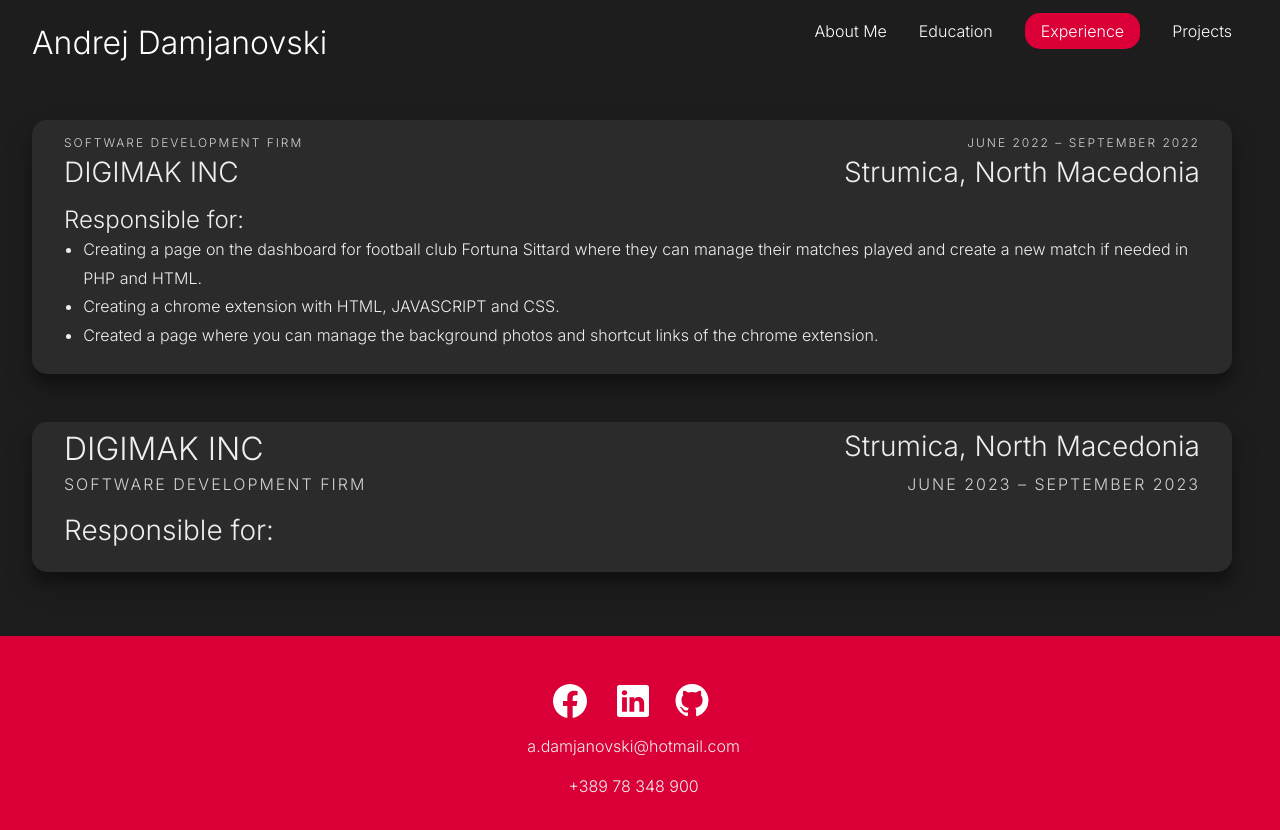
Repository: ADamjanovski/portfolio
Page: experience.html
These files come from the project's save history. The page is drawn as it stood at one moment and after the next save; the edit follows.
The browser window is 1280 px wide. The pictures show the whole page.

Above is the page before, as saved 2023-07-03 12:01:21.

### experience.html
<!DOCTYPE html>
<html lang="en">
<head>
    <meta charset="UTF-8">
    <meta name="viewport" content="width=device-width, initial-scale=1.0">
    <title>Experience</title>
    <link rel="preconnect" href="https://fonts.googleapis.com">
    <link rel="preconnect" href="https://fonts.gstatic.com" crossorigin>
    <link href="https://fonts.googleapis.com/css2?family=Inter:wght@300&display=swap" rel="stylesheet">
    <link href="https://cdn.jsdelivr.net/npm/bootstrap@5.3.0/dist/css/bootstrap.min.css" rel="stylesheet" integrity="sha384-9ndCyUaIbzAi2FUVXJi0CjmCapSmO7SnpJef0486qhLnuZ2cdeRhO02iuK6FUUVM" crossorigin="anonymous">
    <link rel="stylesheet" href="style.css">
</head>
<body>
    <div class="navbar">
        <h2><a href="index.html">Andrej Damjanovski</a></h2>
        <div >
            <ul class="navbar-links">
                <li ><a href="aboutme.html" >About Me</a></li>
                <li><a href="education.html">Education</a></li>
                <li><a href="experience.html" class="active">Experience</a></li>
                <li><a href="projects.html">Projects</a></li>
            </ul>
        </div>
        <button class="navbar-toggler icon" type="button" data-bs-toggle="offcanvas" data-bs-target="#offcanvasDarkNavbar" aria-controls="offcanvasDarkNavbar" aria-label="Toggle navigation">
            <span class=""><svg fill="#FFFFFF" xmlns="http://www.w3.org/2000/svg"  viewBox="0 0 50 50" width="30px" height="30px" ><path d="M 0 9 L 0 11 L 50 11 L 50 9 Z M 0 24 L 0 26 L 50 26 L 50 24 Z M 0 39 L 0 41 L 50 41 L 50 39 Z"/></svg></span>
          </button>
    </div>
    <div class="offcanvas offcanvas-end text-bg-dark" tabindex="-1" id="offcanvasDarkNavbar" aria-labelledby="offcanvasDarkNavbarLabel">
        <div class="offcanvas-header color flex-end">
            <button type="button" class="btn-close btn-close-white" data-bs-dismiss="offcanvas" aria-label="Close"></button>
        </div>
        <div class="offcanvas-body color">
            <ul class="navbar-nav justify-content-end flex-grow-1 pe-3">
                <li class="nav-item">
                  <a class=" margin nav-link " aria-current="page" href="aboutme.html">About Me</a>
                </li>
                <li class="margin nav-item">
                  <a class="nav-link " href="education.html">Education</a>
                </li>
                <li class=" nav-item">
                    <a class="nav-link active" href="experience.html">Experience</a>
                </li>
                <li class="margin nav-item">
                <a class="nav-link" href="projects.html">Projects</a>
                </li>
            </ul>
        </div>
    </div>
    <div class="job-description">
        <div class="role">
            <p class="my-role">Software Development Firm</p>
            <p>June 2022 – September 2022</p>
        </div>
        <div class="Company-details">
            <h3>DIGIMAK INC</h3>
            <h3>Strumica, North Macedonia</h3>
        </div>
        <div class="responsible">
            <h4>Responsible for:</h4>
            <ul>
                <li>Creating a page on the dashboard for football club Fortuna Sittard where they can manage their matches played and create a new match if needed in PHP and HTML.</li>
                <li>Creating a chrome extension with HTML, JAVASCRIPT and CSS.</li>
                <li>Created a page where you can manage the background photos and shortcut links of the chrome extension.</li>
            </ul>

        </div>
    </div>
    <div class="job-description">
        <div class="Company-details">
            <h2>DIGIMAK INC</h2>
            <h3>Strumica, North Macedonia</h3>
        </div>
        <div class="role">
            <h6>Software Development Firm</h6>
            <h6>June 2023 – September 2023</h6>
        </div>
        <div class="responsible">
            <h3>Responsible for:</h3>
        </div>
    </div>
    <footer>
        <a href="https://www.facebook.com/andrej.damjanovska"><svg xmlns="http://www.w3.org/2000/svg" width="50" height="34" fill="currentColor" class="bi bi-facebook" viewBox="0 0 16 16">
            <path d="M16 8.049c0-4.446-3.582-8.05-8-8.05C3.58 0-.002 3.603-.002 8.05c0 4.017 2.926 7.347 6.75 7.951v-5.625h-2.03V8.05H6.75V6.275c0-2.017 1.195-3.131 3.022-3.131.876 0 1.791.157 1.791.157v1.98h-1.009c-.993 0-1.303.621-1.303 1.258v1.51h2.218l-.354 2.326H9.25V16c3.824-.604 6.75-3.934 6.75-7.951z"/>
          </svg></a>
        <a  href="https://www.linkedin.com/in/andrej-damjanovski"><svg xmlns="http://www.w3.org/2000/svg" width="50" height="32" fill="currentColor" class="bi bi-linkedin linkedin" viewBox="0 0 16 16">
            <path d="M0 1.146C0 .513.526 0 1.175 0h13.65C15.474 0 16 .513 16 1.146v13.708c0 .633-.526 1.146-1.175 1.146H1.175C.526 16 0 15.487 0 14.854V1.146zm4.943 12.248V6.169H2.542v7.225h2.401zm-1.2-8.212c.837 0 1.358-.554 1.358-1.248-.015-.709-.52-1.248-1.342-1.248-.822 0-1.359.54-1.359 1.248 0 .694.521 1.248 1.327 1.248h.016zm4.908 8.212V9.359c0-.216.016-.432.08-.586.173-.431.568-.878 1.232-.878.869 0 1.216.662 1.216 1.634v3.865h2.401V9.25c0-2.22-1.184-3.252-2.764-3.252-1.274 0-1.845.7-2.165 1.193v.025h-.016a5.54 5.54 0 0 1 .016-.025V6.169h-2.4c.03.678 0 7.225 0 7.225h2.4z"/>
          </svg></a>
        <a href="https://github.com/ADamjanovski"><svg xmlns="http://www.w3.org/2000/svg" width="60" height="33" fill="currentColor" class="bi bi-github" viewBox="0 0 16 16">
            <path d="M8 0C3.58 0 0 3.58 0 8c0 3.54 2.29 6.53 5.47 7.59.4.07.55-.17.55-.38 0-.19-.01-.82-.01-1.49-2.01.37-2.53-.49-2.69-.94-.09-.23-.48-.94-.82-1.13-.28-.15-.68-.52-.01-.53.63-.01 1.08.58 1.23.82.72 1.21 1.87.87 2.33.66.07-.52.28-.87.51-1.07-1.78-.2-3.64-.89-3.64-3.95 0-.87.31-1.59.82-2.15-.08-.2-.36-1.02.08-2.12 0 0 .67-.21 2.2.82.64-.18 1.32-.27 2-.27.68 0 1.36.09 2 .27 1.53-1.04 2.2-.82 2.2-.82.44 1.1.16 1.92.08 2.12.51.56.82 1.27.82 2.15 0 3.07-1.87 3.75-3.65 3.95.29.25.54.73.54 1.48 0 1.07-.01 1.93-.01 2.2 0 .21.15.46.55.38A8.012 8.012 0 0 0 16 8c0-4.42-3.58-8-8-8z"/>
          </svg></a>
        <p class="email">a.damjanovski@hotmail.com</p>
        <p>+389 78 348 900</p>
    </footer>
    <script src="https://cdn.jsdelivr.net/npm/bootstrap@5.3.0/dist/js/bootstrap.bundle.min.js" integrity="sha384-geWF76RCwLtnZ8qwWowPQNguL3RmwHVBC9FhGdlKrxdiJJigb/j/68SIy3Te4Bkz" crossorigin="anonymous"></script>

</body>
</html>

### style.css
body{
    background-color: #1D1D1D;
    color:rgb(238, 238, 238);
    height: 70vh;
    overflow-x:hidden;
}
*{
    font-family: 'Outfit','Inter', sans-serif;
}
a{
    text-decoration: none;
    color:white;
}
.home-body{
    background-color: #2b2b2b;
    display: flex;
    justify-content: space-around;
    height: inherit;
    align-items: center;
    margin:0rem 3rem 0rem 3rem;
    border-radius: 15px;
    box-shadow: rgba(0, 0, 0, 0.25) 0px 14px 28px, rgba(0, 0, 0, 0.22) 0px 10px 10px;;
}
#programmer-img{
    width: 500px;
}

#home-name{
    margin-top: 7rem;
    text-align: center;

}
.navbar{
    display: flex;
    height: 10vh;
    justify-content: space-between;
}
.navbar h2{
    margin-left: 2rem;
    margin-top:1rem;
}
.navbar-links{

    margin-right: 3rem;
    display: flex;
    gap: 2rem;
    list-style-type: none;
    font-size: 1rem;
    justify-content: space-around;
}
#personalimg{

    border-radius: 50%;
}
.aboutme-body{
    margin: 3rem;
    display: flex;
    justify-content:space-around;

}
.text{
    padding: 3rem 5rem 5rem 0rem;
    background-color: #2b2b2b;
    margin-right: 7rem;
    border-radius: 15px;
    font-size: 1rem;
    line-height: 2;
    text-align: justify;
    box-shadow: rgba(0, 0, 0, 0.25) 0px 14px 28px, rgba(0, 0, 0, 0.22) 0px 10px 10px;;
}
.aboutme-body p{
    margin-left: 3rem;
}
footer{
    margin-top:4rem;
    background-color: #DA0037;
    width: 99vw;
    padding-top: 3rem;
    padding-bottom: 1rem;
    text-align: center;
    box-shadow: 0 50vh 0 50vh #DA0037;
    align-content: center;
}
.linkedin{
    margin-left:.5rem;
}
.active{
    border-radius: 15px;
    padding: .5rem;
    padding-inline: 1rem;
    background-color: #DA0037;
}

.education-body{
    background-color: #2b2b2b;
    margin: 1rem 3rem 1rem 2rem;
    padding: 1rem 0rem 3rem 3rem;
    border-radius: 15px;
    line-height: 2;
    box-shadow: rgba(0, 0, 0, 0.25) 0px 14px 28px, rgba(0, 0, 0, 0.22) 0px 10px 10px;;
}
.Company-details{
    display: flex;
    justify-content: space-between;

}

.job-description{
    margin:3rem 3rem 0rem 2rem;
    background-color: #2b2b2b;
    padding:.5rem 2rem 1.5rem 2rem;
    border-radius: 15px;
    box-shadow: rgba(0, 0, 0, 0.25) 0px 14px 28px, rgba(0, 0, 0, 0.22) 0px 10px 10px;;
}

.role{
    display: flex;
    justify-content: space-between;
    text-transform: uppercase;
    margin-bottom: 0px;
    padding-bottom: 0px;
}
.Company-details *{
    padding:0px;
    margin:0px;
}

.job-description *{
    padding:0px;
    margin:0px;
}
.role *{
    color :lightgrey;
    letter-spacing: 2px;

    padding:0rem;
    margin:.4rem 0 0.25rem 0;
}

.role > p {
    font-size:0.75rem;
}

.responsible{
    line-height: 1.8rem;
    margin-top: 1rem;
}

.project{
    display: flex;
    align-items: center;
    justify-content: space-between;
    margin:3rem 3rem 3rem 2rem;
    background-color: #2b2b2b;
    padding:.5rem 2rem 1.5rem 2rem;
    border-radius: 15px;
    box-shadow: rgba(0, 0, 0, 0.25) 0px 14px 28px, rgba(0, 0, 0, 0.22) 0px 10px 10px;;
}
.project-details{
    display: flex;
    justify-content: space-between;
}

.project-logo{
    margin-right: 4rem;
}
.icon{

    display: none;
    border-color: rgb(238, 238, 238);
}

@media screen and (max-width: 850px) {

    .navbar-links{
        display: none;
    }

    .icon{
        display: flex;
        margin-right: 3rem;
    }
    .active{
        display: inline-block;
        margin-top:.4rem;

    }
    .margin{
        margin-left: 1rem;
    }

}
@media screen and (max-width:1030px) {
    .aboutme-body{
        width: 100%;
        flex-direction: column-reverse;
        align-items: center;
        gap:3rem;
    }
    #personalimg{
        align-self:center;
        margin-right: 5rem;
    }
    .project-logo{
        margin-right: 2rem;
        margin-left: 1rem;
    }

}
.color{
    background-color: #2b2b2b;
}
.email{
    margin-top:1rem;
}
.responsible ul{
    margin-left: 1.2rem;
}
.flex-end{
    display: flex;
    justify-content: flex-end;
    padding-right: 1.5rem;
}

After the next save:
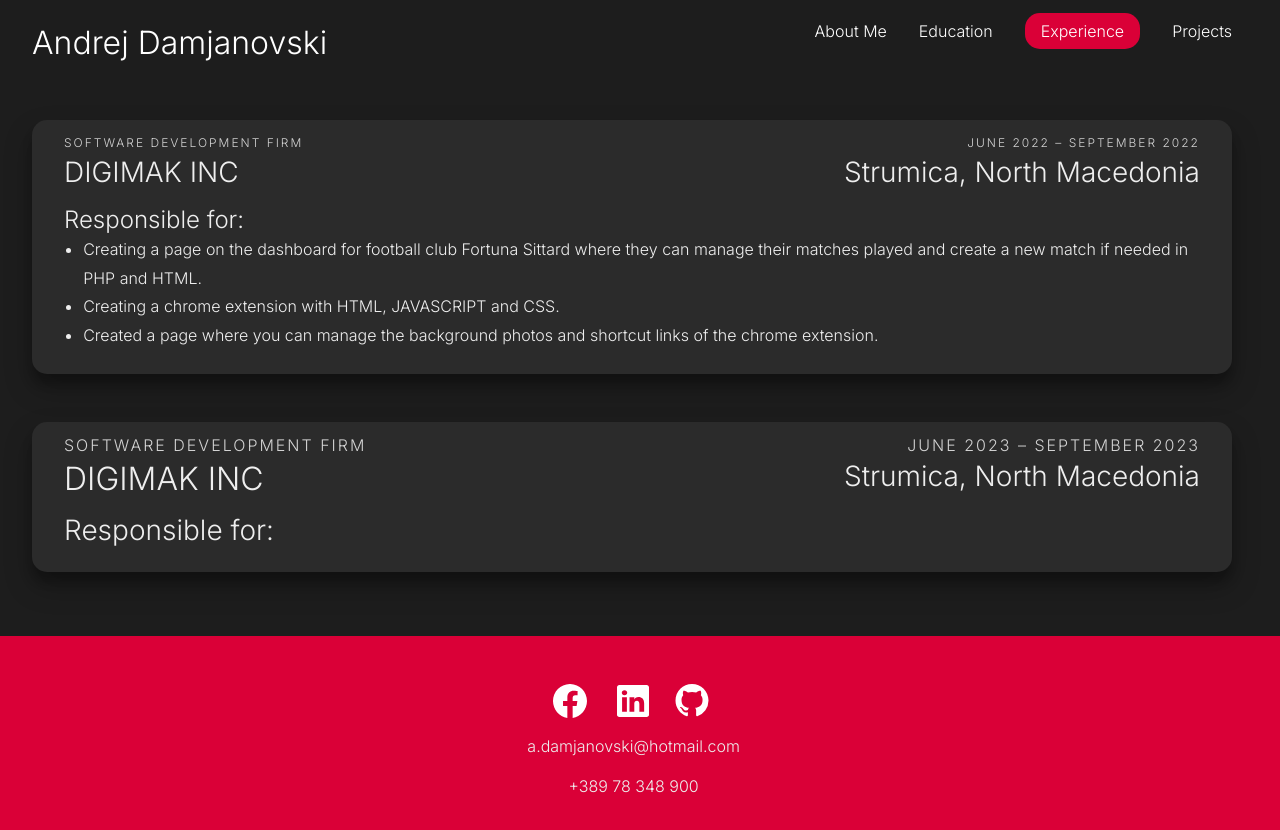
Saved 8 s later.
--- a/experience.html
+++ b/experience.html
@@ -66,14 +66,15 @@
         </div>
     </div>
     <div class="job-description">
+        <div class="role">
+            <h6>Software Development Firm</h6>
+            <h6>June 2023 – September 2023</h6>
+        </div>
         <div class="Company-details">
             <h2>DIGIMAK INC</h2>
             <h3>Strumica, North Macedonia</h3>
         </div>
-        <div class="role">
-            <h6>Software Development Firm</h6>
-            <h6>June 2023 – September 2023</h6>
-        </div>
+
         <div class="responsible">
             <h3>Responsible for:</h3>
         </div>
